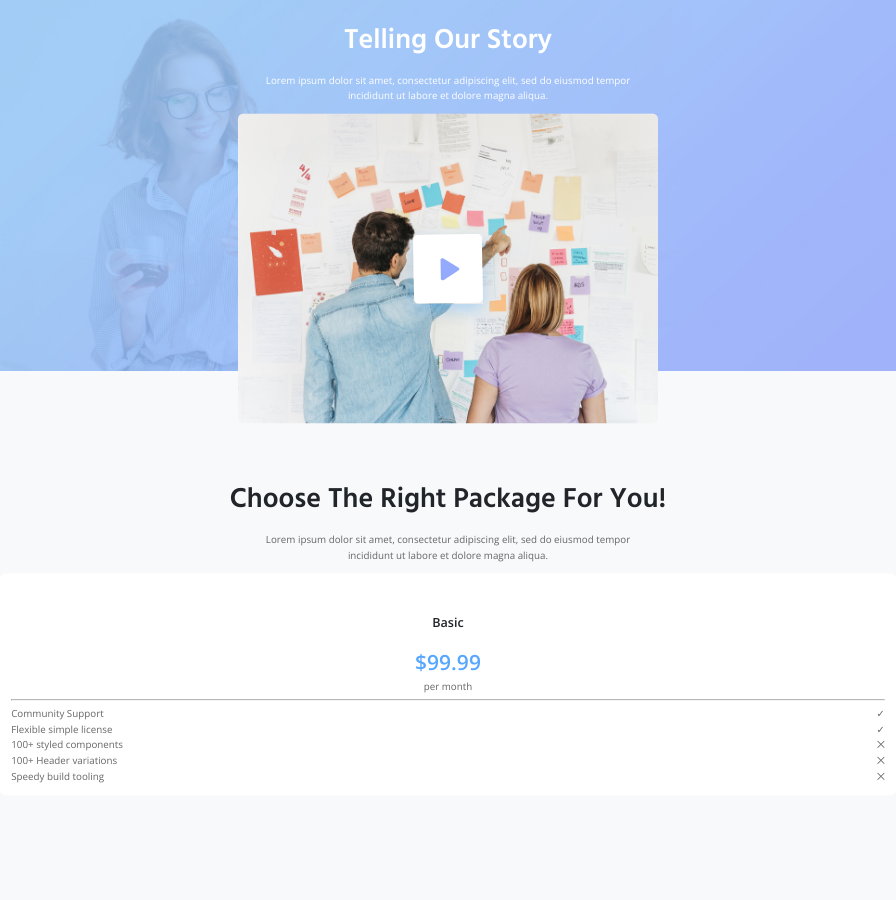
Repository: Sc-Juju/CodeRad
Page: index.html
These files come from the project's save history. The page is drawn as it stood at one moment and after the next save; the edit follows.
The browser window is 1280 px wide. The pictures show the part of the page from y = 1730 to 3650 px (the page is 3016 px tall before and 3650 px after), at 70% of full size.

Above is the page before, as saved 2022-11-10 23:03:07.

After the next save:
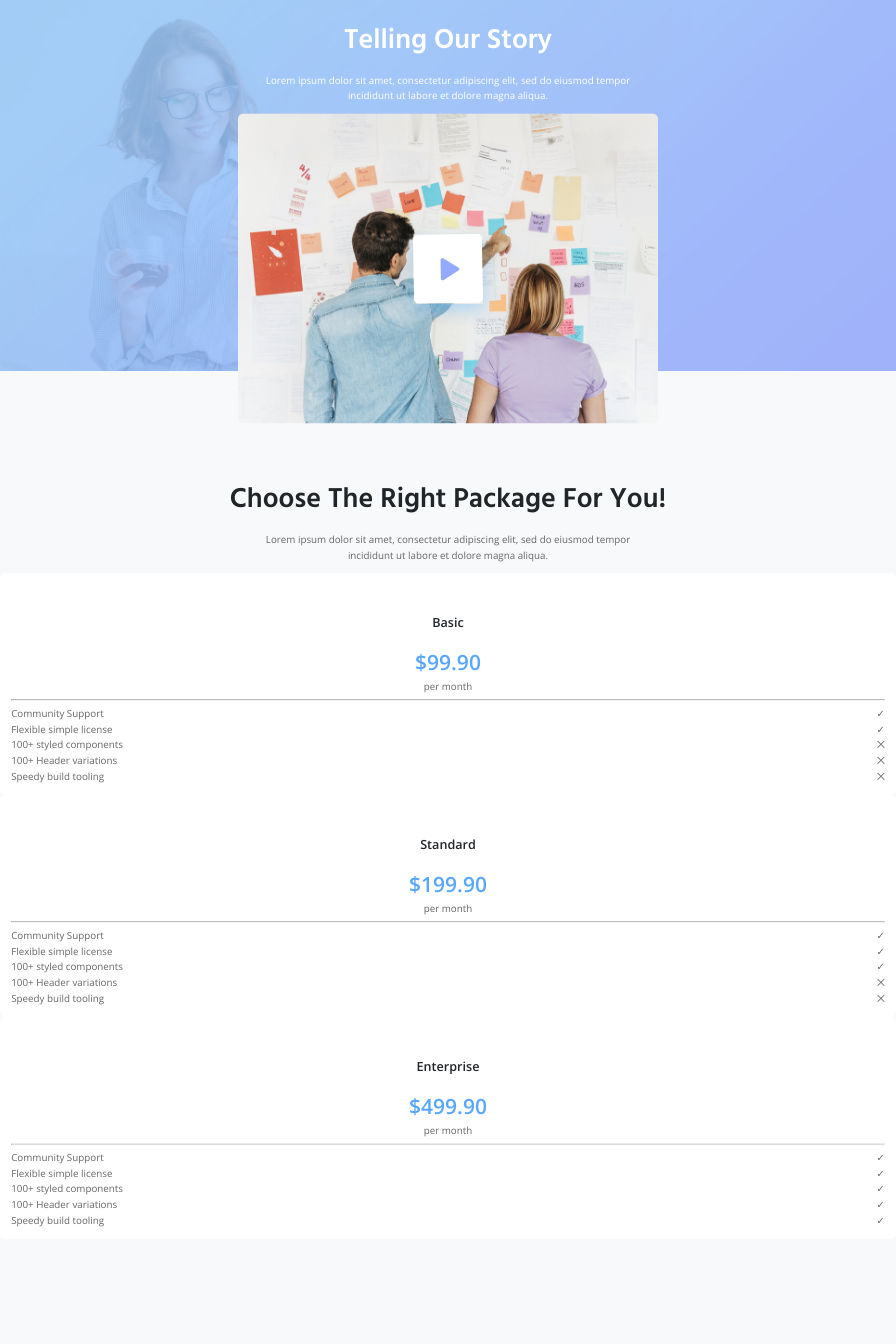
Saved 5 min 22 s later.
--- a/index.html
+++ b/index.html
@@ -204,7 +204,7 @@
 			<div class="pricing-taable">
 				<div class="price-card">
 					<h3>Basic</h3>
-					<div class="price">$99.99</div>
+					<div class="price">$99.90</div>
 					<div class="billed">per month</div>
 					<hr />
 					<ul>
@@ -230,6 +230,64 @@
 						</li>
 					</ul>
 				</div>
+
+				<div class="price-card">
+					<h3>Standard</h3>
+					<div class="price">$199.90</div>
+					<div class="billed">per month</div>
+					<hr />
+					<ul>
+						<li>
+							<span class="title">Community Support</span>
+							<span class="icon">&#10003;</span>
+						</li>
+						<li>
+							<span class="title">Flexible simple license</span>
+							<span class="icon">&#10003;</span>
+						</li>
+						<li>
+							<span class="title">100+ styled components</span>
+							<span class="icon">&#10003;</span>
+						</li>
+						<li>
+							<span class="title">100+ Header variations</span>
+							<span class="icon">&#10761;</span>
+						</li>
+						<li>
+							<span class="title">Speedy build tooling</span>
+							<span class="icon">&#10761;</span>
+						</li>
+					</ul>
+				</div>
+
+				<div class="price-card">
+					<h3>Enterprise</h3>
+					<div class="price">$499.90</div>
+					<div class="billed">per month</div>
+					<hr />
+					<ul>
+						<li>
+							<span class="title">Community Support</span>
+							<span class="icon">&#10003;</span>
+						</li>
+						<li>
+							<span class="title">Flexible simple license</span>
+							<span class="icon">&#10003;</span>
+						</li>
+						<li>
+							<span class="title">100+ styled components</span>
+							<span class="icon">&#10003;</span>
+						</li>
+						<li>
+							<span class="title">100+ Header variations</span>
+							<span class="icon">&#10003;</span>
+						</li>
+						<li>
+							<span class="title">Speedy build tooling</span>
+							<span class="icon">&#10003;</span>
+						</li>
+					</ul>
+				</div>
 			</div>
 		</section>
 	</body>
